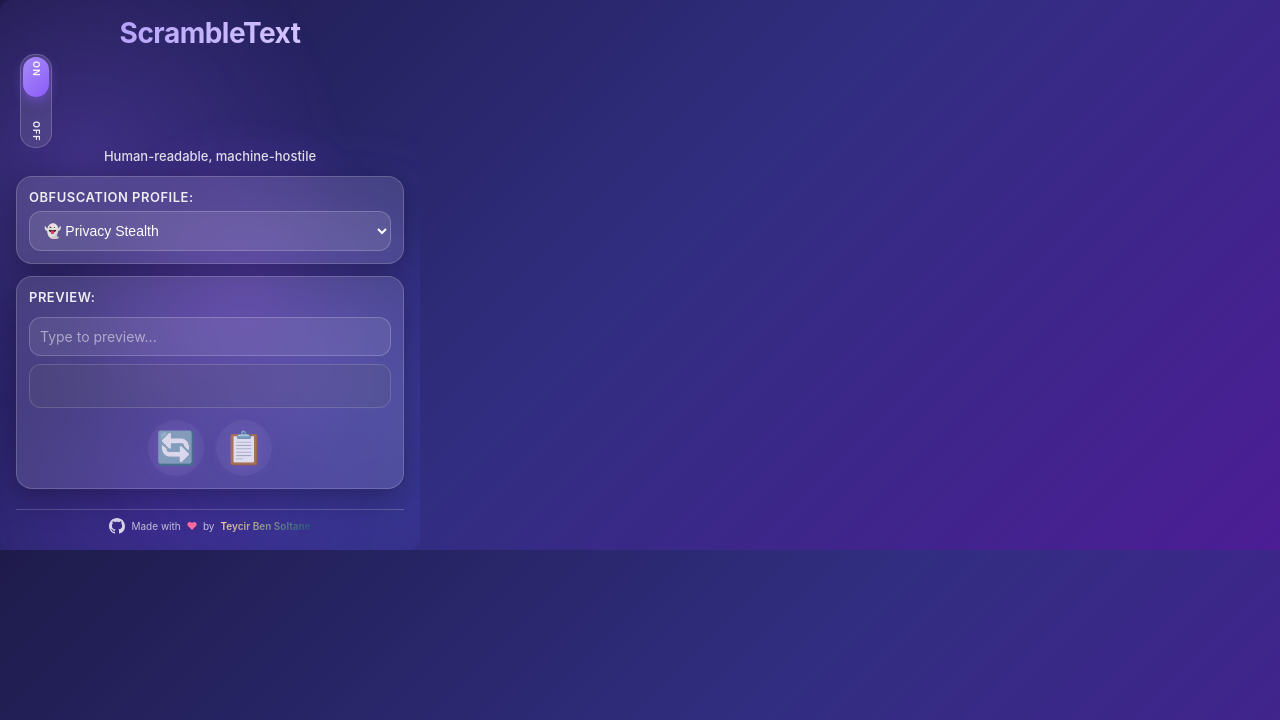
Repository: Teycir/ScrambleText
Page: extension/popup/popup.html
An editor plug-in stored every save of this project. The page is shown before and after the next save, followed by the edit.
The browser window is 1280 px wide. The pictures show the whole page.

Above is the page before, as saved 2025-11-19 19:43:33.
Not found: extension/popup/popup.js

### extension/popup/popup.html
<!DOCTYPE html>
<html>
<head>
  <meta charset="UTF-8">
  <title>ScrambleText</title>
  <link rel="stylesheet" href="popup.css">
</head>
<body>
  <div class="container">
    <div class="header">
      <h1>ScrambleText</h1>
      <div class="toggle-container">
        <input type="checkbox" id="extensionToggle" checked>
        <label for="extensionToggle" class="toggle-label">
          <span class="toggle-text on">ON</span>
          <span class="toggle-text off">OFF</span>
        </label>
      </div>
      <p class="subtitle">Human-readable, machine-hostile</p>
    </div>
    <div class="profile-section">
      <label>Obfuscation Profile:</label>
      <select id="profileSelect">
        <option value="stealth" selected>👻 Privacy Stealth</option>
        <option value="anti-ai">🤖 Anti-AI Training</option>
        <option value="anti-mod">🛡️ Anti-Moderation</option>
        <option value="chaos">💥 Maximum Chaos</option>
      </select>
      </div>
      <div class="preview-section">
      <label>Preview:</label>
      <textarea id="previewInput" placeholder="Type to preview..."></textarea>
      <div id="previewOutput"></div>
      <div class="copy-section">
        <button id="regenerateButton" data-tooltip="Regenerate">🔄</button>
        <button id="copyButton" data-tooltip="Copy to clipboard">📋</button>
      </div>
    </div>
    <div class="footer">
      <a href="https://github.com/Teycir/ScrambleText#readme" target="_blank" class="github-link">
        <svg width="16" height="16" viewBox="0 0 16 16" fill="currentColor">
          <path d="M8 0C3.58 0 0 3.58 0 8c0 3.54 2.29 6.53 5.47 7.59.4.07.55-.17.55-.38 0-.19-.01-.82-.01-1.49-2.01.37-2.53-.49-2.69-.94-.09-.23-.48-.94-.82-1.13-.28-.15-.68-.52-.01-.53.63-.01 1.08.58 1.23.82.72 1.21 1.87.87 2.33.66.07-.52.28-.87.51-1.07-1.78-.2-3.64-.89-3.64-3.95 0-.87.31-1.59.82-2.15-.08-.2-.36-1.02.08-2.12 0 0 .67-.21 2.2.82.64-.18 1.32-.27 2-.27.68 0 1.36.09 2 .27 1.53-1.04 2.2-.82 2.2-.82.44 1.1.16 1.92.08 2.12.51.56.82 1.27.82 2.15 0 3.07-1.87 3.75-3.65 3.95.29.25.54.73.54 1.48 0 1.07-.01 1.93-.01 2.2 0 .21.15.46.55.38A8.013 8.013 0 0016 8c0-4.42-3.58-8-8-8z"/>
        </svg>
      </a>
      Made with <span class="heart">♥</span> by <a href="https://teycirbensoltane.tn" target="_blank">Teycir Ben Soltane</a>
    </div>
  </div>
  <script src="popup.js"></script>
</body>
</html>

### extension/popup/popup.css
html {
  border-radius: 16px;
  overflow: hidden;
}

body {
  width: 420px;
  height: 550px;
  padding: 0;
  font-family:
    -apple-system, BlinkMacSystemFont, "Segoe UI", Roboto, sans-serif;
  margin: 0;
  background: linear-gradient(135deg, #1e1b4b 0%, #312e81 50%, #4c1d95 100%);
  overflow: hidden;
  border-radius: 12px;
  position: relative;
  display: flex;
}

body::before {
  content: "";
  position: absolute;
  inset: 0;
  background:
    radial-gradient(
      circle at 20% 30%,
      rgba(139, 92, 246, 0.4) 0%,
      transparent 50%
    ),
    radial-gradient(
      circle at 80% 70%,
      rgba(99, 102, 241, 0.4) 0%,
      transparent 50%
    );
  animation: meshMove 6s ease-in-out infinite;
  pointer-events: none;
}

body::after {
  content: "";
  position: absolute;
  inset: 0;
  background:
    radial-gradient(
      circle at 60% 50%,
      rgba(168, 85, 247, 0.3) 0%,
      transparent 40%
    ),
    radial-gradient(
      circle at 40% 80%,
      rgba(124, 58, 237, 0.3) 0%,
      transparent 40%
    );
  animation: meshMove2 8s ease-in-out infinite;
  pointer-events: none;
}

@keyframes meshMove {
  0%,
  100% {
    opacity: 0.6;
    transform: translate(0, 0) scale(1);
  }
  50% {
    opacity: 1;
    transform: translate(10px, -10px) scale(1.15);
  }
}

@keyframes meshMove2 {
  0%,
  100% {
    opacity: 0.5;
    transform: translate(0, 0) scale(1);
  }
  50% {
    opacity: 0.8;
    transform: translate(-15px, 15px) scale(1.2);
  }
}

.toggle-container {
  width: 40px;
  display: flex;
  align-items: center;
  justify-content: center;
  position: relative;
  z-index: 2;
}

#extensionToggle {
  display: none;
}

.toggle-label {
  width: 30px;
  height: 80px;
  background: rgba(255, 255, 255, 0.1);
  border-radius: 15px;
  cursor: pointer;
  position: relative;
  transition: all 0.3s ease;
  border: 1px solid rgba(255, 255, 255, 0.2);
  display: flex;
  flex-direction: column;
  align-items: center;
  justify-content: space-between;
  padding: 6px 0;
}

.toggle-label::before {
  content: "";
  position: absolute;
  width: 26px;
  height: 40px;
  background: linear-gradient(135deg, #a78bfa 0%, #8b5cf6 100%);
  border-radius: 13px;
  top: 2px;
  transition: all 0.3s ease;
  box-shadow: 0 4px 12px rgba(139, 92, 246, 0.5);
}

#extensionToggle:checked + .toggle-label::before {
  top: 2px;
}

#extensionToggle:not(:checked) + .toggle-label::before {
  top: 50px;
  background: linear-gradient(135deg, #ef4444 0%, #dc2626 100%);
  box-shadow: 0 4px 12px rgba(239, 68, 68, 0.5);
}

.toggle-text {
  font-size: 9px;
  font-weight: 700;
  color: rgba(255, 255, 255, 0.9);
  z-index: 1;
  writing-mode: vertical-rl;
  text-orientation: mixed;
  letter-spacing: 1px;
}

.container {
  display: flex;
  flex-direction: column;
  gap: 12px;
  padding: 16px;
  height: 100%;
  box-sizing: border-box;
  position: relative;
  z-index: 1;
  flex: 1;
}

.header {
  text-align: center;
}

h1 {
  margin: 0 0 4px 0;
  font-size: 28px;
  font-weight: 700;
  background: linear-gradient(135deg, #a78bfa 0%, #c4b5fd 50%, #e9d5ff 100%);
  -webkit-background-clip: text;
  -webkit-text-fill-color: transparent;
  background-clip: text;
  letter-spacing: -0.5px;
}

.subtitle {
  margin: 0;
  font-size: 13px;
  color: rgba(255, 255, 255, 0.85);
  font-weight: 500;
}

.profile-section {
  display: flex;
  flex-direction: column;
  gap: 6px;
  background: rgba(255, 255, 255, 0.12);
  backdrop-filter: blur(12px);
  border: 1px solid rgba(255, 255, 255, 0.18);
  padding: 12px;
  border-radius: 16px;
  box-shadow: 0 8px 32px rgba(0, 0, 0, 0.3);
}

.profile-section label {
  font-weight: 600;
  color: rgba(255, 255, 255, 0.9);
  font-size: 13px;
  text-transform: uppercase;
  letter-spacing: 0.5px;
}

#profileSelect {
  padding: 10px;
  border: 1px solid rgba(255, 255, 255, 0.2);
  border-radius: 12px;
  font-size: 14px;
  background: rgba(255, 255, 255, 0.1);
  color: white;
  cursor: pointer;
  transition: all 0.3s ease;
}

#profileSelect option {
  background: #1e1b4b;
  color: white;
}

#profileSelect:focus {
  outline: none;
  border-color: rgba(139, 92, 246, 0.6);
  background: rgba(255, 255, 255, 0.15);
}

.preview-section {
  display: flex;
  flex-direction: column;
  gap: 8px;
  background: rgba(255, 255, 255, 0.12);
  backdrop-filter: blur(12px);
  border: 1px solid rgba(255, 255, 255, 0.18);
  padding: 12px;
  border-radius: 16px;
  box-shadow: 0 8px 32px rgba(0, 0, 0, 0.3);
  flex: 1;
  min-height: 0;
}

.preview-section label {
  font-weight: 600;
  color: rgba(255, 255, 255, 0.9);
  font-size: 13px;
  text-transform: uppercase;
  letter-spacing: 0.5px;
  margin-bottom: 4px;
}

#previewInput {
  width: 100%;
  height: 100px;
  padding: 10px;
  border: 1px solid rgba(255, 255, 255, 0.2);
  border-radius: 12px;
  font-size: 14px;
  resize: none;
  box-sizing: border-box;
  font-family: inherit;
  background: rgba(255, 255, 255, 0.08);
  color: white;
  transition: all 0.3s ease;
}

#previewInput::placeholder {
  color: rgba(255, 255, 255, 0.5);
}

#previewInput:focus {
  outline: none;
  border-color: rgba(139, 92, 246, 0.6);
  background: rgba(255, 255, 255, 0.12);
}

#previewOutput {
  padding: 10px;
  background: rgba(100, 100, 100, 0.15);
  border: 1px solid rgba(255, 255, 255, 0.15);
  border-radius: 12px;
  height: 100px;
  font-size: 14px;
  word-wrap: break-word;
  line-height: 1.5;
  color: rgba(255, 255, 255, 0.75);
  cursor: default;
  overflow-y: auto;
}

.copy-section {
  display: flex;
  align-items: center;
  justify-content: center;
  gap: 12px;
  margin-top: 4px;
}

#copyButton,
#regenerateButton {
  padding: 0;
  background: rgba(255, 255, 255, 0.05);
  color: rgba(255, 255, 255, 0.8);
  border: none;
  border-radius: 50%;
  cursor: pointer;
  font-size: 32px;
  transition: all 0.3s ease;
  width: 56px;
  height: 56px;
  display: inline-flex;
  align-items: center;
  justify-content: center;
  position: relative;
  filter: drop-shadow(0 2px 8px rgba(139, 92, 246, 0.3));
}

#copyButton::before,
#regenerateButton::before {
  content: "";
  position: absolute;
  inset: 0;
  background: rgba(139, 92, 246, 0.3);
  border-radius: 50%;
  opacity: 0;
  transition: opacity 0.3s ease;
}

#copyButton:hover,
#regenerateButton:hover {
  transform: scale(1.15);
  color: #a78bfa;
  background: rgba(255, 255, 255, 0.12);
  filter: drop-shadow(0 4px 16px rgba(139, 92, 246, 0.6));
}

#copyButton:hover::before,
#regenerateButton:hover::before {
  opacity: 1;
}

#copyButton:active,
#regenerateButton:active {
  transform: scale(1.05);
}

#copyButton::after,
#regenerateButton::after {
  content: attr(data-tooltip);
  position: absolute;
  bottom: -35px;
  left: 50%;
  transform: translateX(-50%);
  background: rgba(0, 0, 0, 0.8);
  color: white;
  padding: 6px 12px;
  border-radius: 8px;
  font-size: 12px;
  white-space: nowrap;
  opacity: 0;
  pointer-events: none;
  transition: opacity 0.3s ease;
  font-weight: 500;
}

#copyButton:hover::after,
#regenerateButton:hover::after {
  opacity: 1;
}

#copyStatus {
  color: #10b981;
  font-weight: 600;
  font-size: 14px;
  animation: fadeIn 0.3s;
}

@keyframes fadeIn {
  from {
    opacity: 0;
    transform: translateX(-10px);
  }
  to {
    opacity: 1;
    transform: translateX(0);
  }
}

.footer {
  text-align: center;
  margin-top: 8px;
  padding-top: 8px;
  border-top: 1px solid rgba(255, 255, 255, 0.2);
  color: rgba(255, 255, 255, 0.7);
  font-size: 10px;
  display: flex;
  align-items: center;
  justify-content: center;
  gap: 6px;
}

.footer .github-link {
  color: rgba(255, 255, 255, 0.8);
  transition: color 0.2s;
  display: flex;
  align-items: center;
}

.footer .github-link:hover {
  color: white;
}

.footer .heart {
  color: #ff6b9d;
  animation: heartbeat 1.5s ease-in-out infinite;
  display: inline-block;
}

@keyframes heartbeat {
  0%,
  100% {
    transform: scale(1);
  }
  10%,
  30% {
    transform: scale(1.1);
  }
  20%,
  40% {
    transform: scale(1);
  }
}

.footer a {
  background: linear-gradient(135deg, #ffd89b 0%, #19547b 100%);
  -webkit-background-clip: text;
  -webkit-text-fill-color: transparent;
  background-clip: text;
  text-decoration: none;
  font-weight: 600;
  transition: opacity 0.2s;
}

.footer a:hover {
  opacity: 0.8;
}

After the next save:
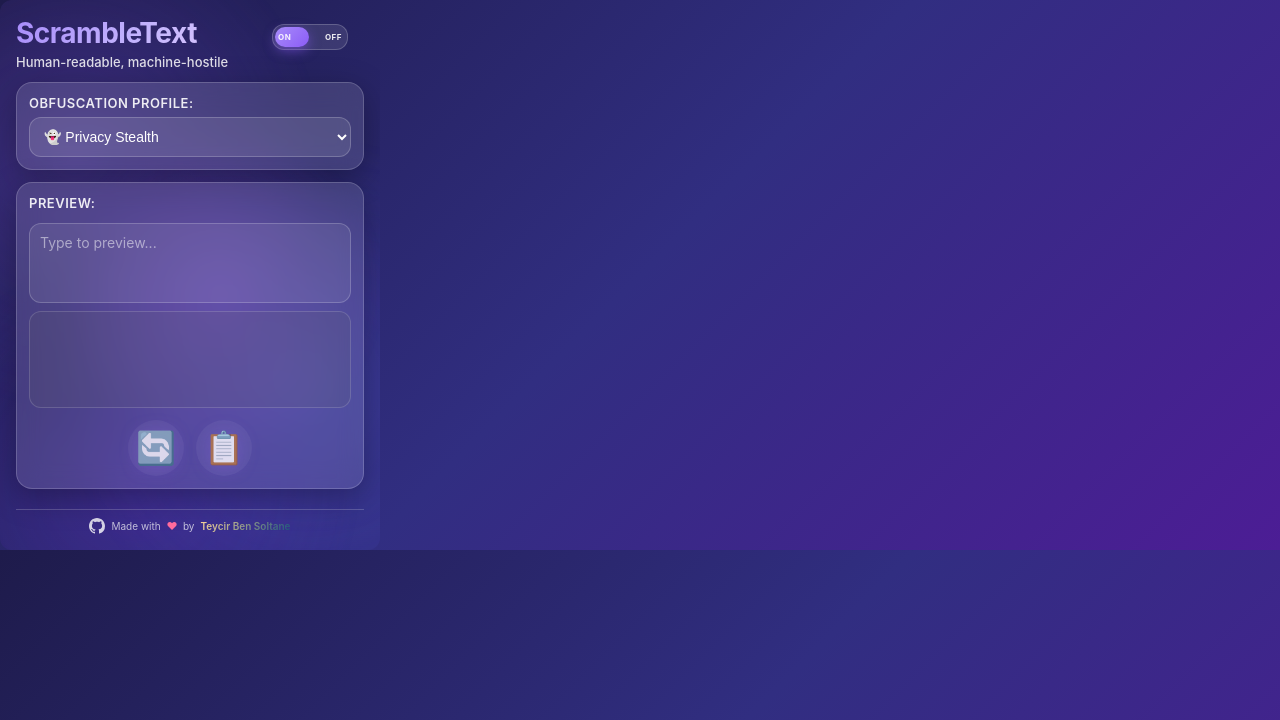
Saved 11 min 4 s later.
--- a/extension/popup/popup.css
+++ b/extension/popup/popup.css
@@ -4,7 +4,7 @@ html {
 }
 
 body {
-  width: 420px;
+  width: 380px;
   height: 550px;
   padding: 0;
   font-family:
@@ -14,7 +14,6 @@ body {
   overflow: hidden;
   border-radius: 12px;
   position: relative;
-  display: flex;
 }
 
 body::before {
@@ -80,12 +79,9 @@ body::after {
 }
 
 .toggle-container {
-  width: 40px;
-  display: flex;
-  align-items: center;
-  justify-content: center;
-  position: relative;
-  z-index: 2;
+  position: absolute;
+  right: 16px;
+  top: 8px;
 }
 
 #extensionToggle {
@@ -93,51 +89,48 @@ body::after {
 }
 
 .toggle-label {
-  width: 30px;
-  height: 80px;
+  width: 64px;
+  height: 24px;
   background: rgba(255, 255, 255, 0.1);
-  border-radius: 15px;
+  border-radius: 12px;
   cursor: pointer;
   position: relative;
   transition: all 0.3s ease;
   border: 1px solid rgba(255, 255, 255, 0.2);
   display: flex;
-  flex-direction: column;
   align-items: center;
   justify-content: space-between;
-  padding: 6px 0;
+  padding: 0 5px;
 }
 
 .toggle-label::before {
   content: "";
   position: absolute;
-  width: 26px;
-  height: 40px;
+  width: 34px;
+  height: 20px;
   background: linear-gradient(135deg, #a78bfa 0%, #8b5cf6 100%);
-  border-radius: 13px;
-  top: 2px;
+  border-radius: 10px;
+  left: 2px;
   transition: all 0.3s ease;
   box-shadow: 0 4px 12px rgba(139, 92, 246, 0.5);
 }
 
 #extensionToggle:checked + .toggle-label::before {
-  top: 2px;
+  left: 2px;
 }
 
 #extensionToggle:not(:checked) + .toggle-label::before {
-  top: 50px;
+  left: 35px;
   background: linear-gradient(135deg, #ef4444 0%, #dc2626 100%);
   box-shadow: 0 4px 12px rgba(239, 68, 68, 0.5);
 }
 
 .toggle-text {
-  font-size: 9px;
+  font-size: 8px;
   font-weight: 700;
   color: rgba(255, 255, 255, 0.9);
   z-index: 1;
-  writing-mode: vertical-rl;
-  text-orientation: mixed;
-  letter-spacing: 1px;
+  letter-spacing: 0.5px;
 }
 
 .container {
@@ -149,11 +142,12 @@ body::after {
   box-sizing: border-box;
   position: relative;
   z-index: 1;
-  flex: 1;
 }
 
 .header {
-  text-align: center;
+  text-align: left;
+  position: relative;
+  padding-right: 80px;
 }
 
 h1 {
